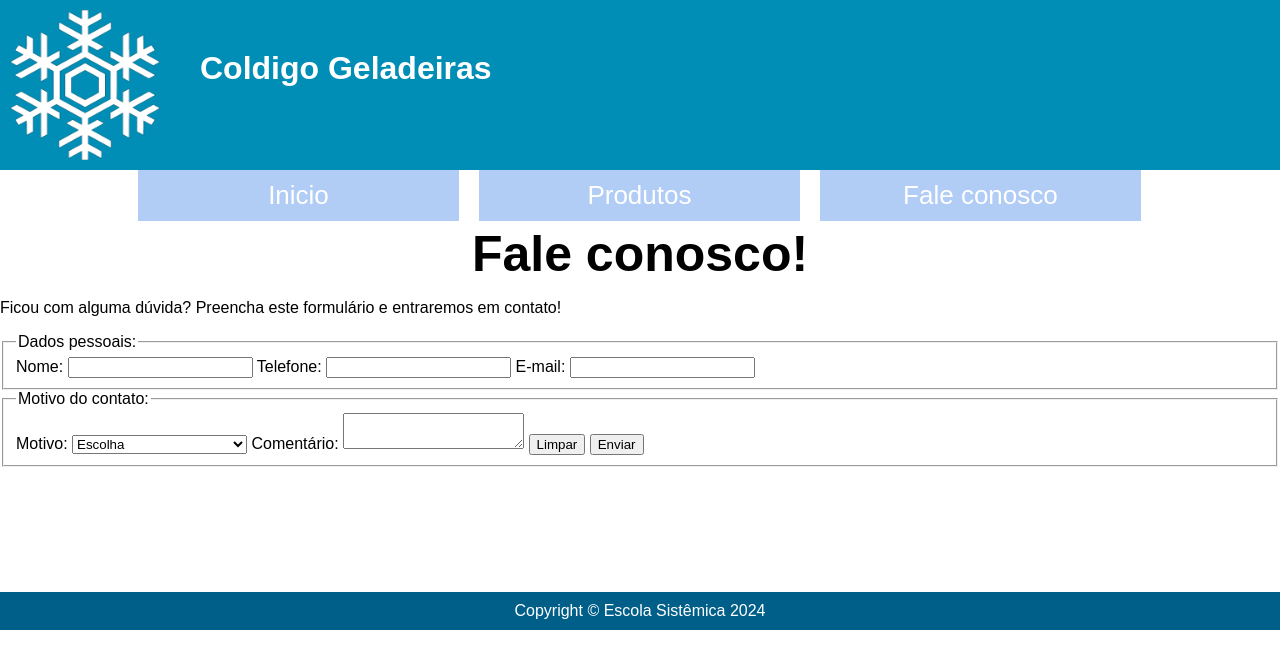
Repository: AndreiLGomes/faculdade
Page: http://localhost/ProjetoTrilhaWeb/pages/site/faleconosco.html
These files come from the project's save history. The page is drawn as it stood at one moment and after the next save; the edit follows.
The browser window is 1280 px wide. The pictures show the whole page.
The page is served by Tomcat 9.

Above is the page before, as saved 2024-04-10 22:36:42.

After the next save:
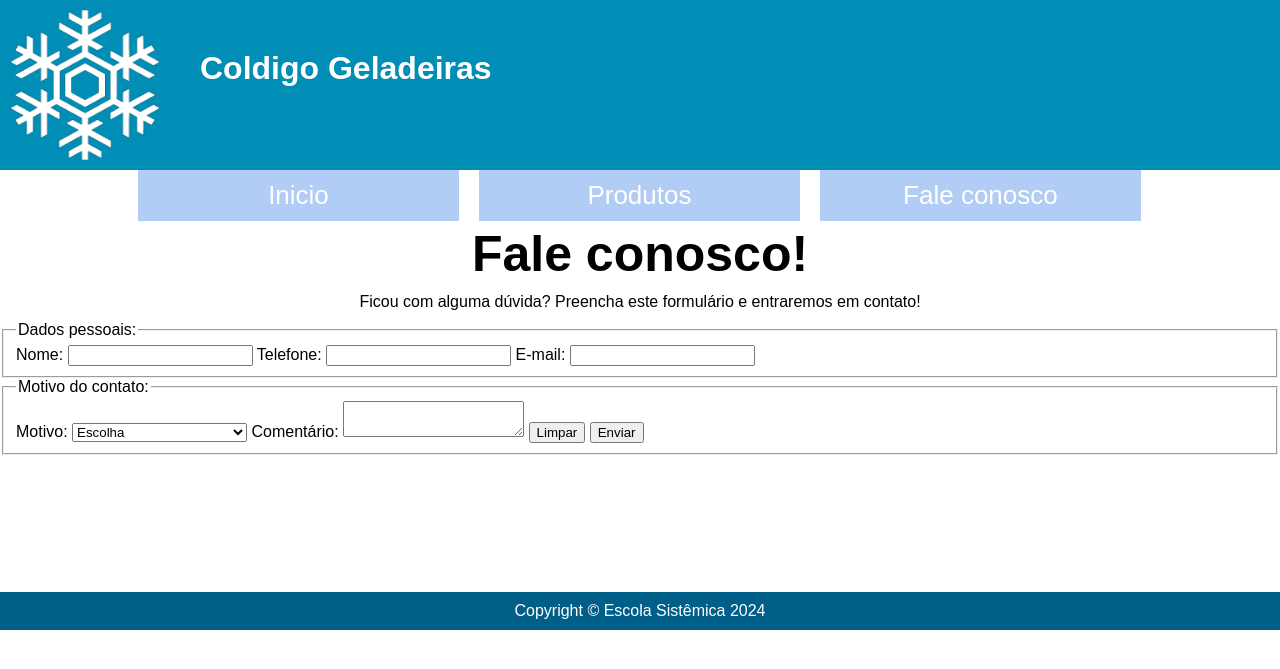
Saved 2 min 37 s later.
--- a/2 ano/WorkspaceTrilhaWeb/ProjetoTrilhaWeb/src/main/webapp/css/site.css
+++ b/2 ano/WorkspaceTrilhaWeb/ProjetoTrilhaWeb/src/main/webapp/css/site.css
@@ -106,3 +106,9 @@ h3{
 	margin-top: 50px;
 	font-size: 20px;
 }
+
+p{
+	clear: both;
+	text-align: center;
+	margin: 10px 80px;
+}
